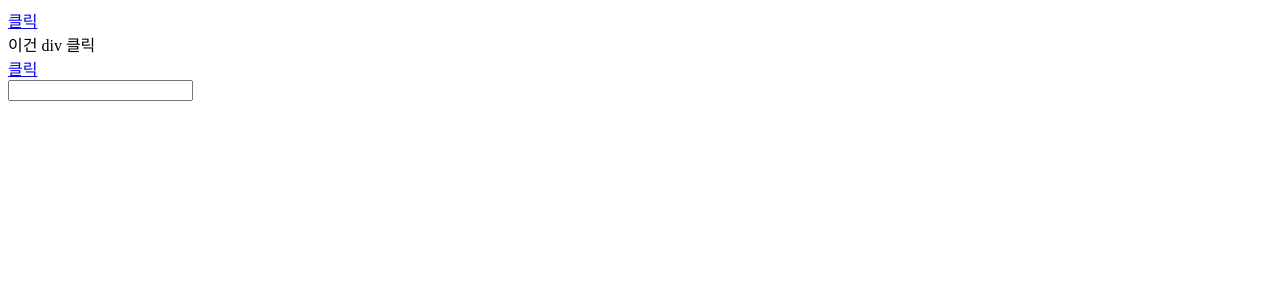
Repository: Won-Hyuk-Lee/kosta_java
Page: http://localhost/web_prj/lec_script.jsp
The author's editor kept a copy of each file at every save. The page is drawn from the files as they stood at one save, then again after the next save.
The browser window is 1280 px wide. The pictures show the whole page.
The page is served by Tomcat 9. Nobody is signed in. The application's start-up code is not run. Other server files are loaded and not shown.

Above is the page before, as saved 2024-05-24 03:46:09.

### web_prj/src/main/webapp/lec_script.jsp
<%@ page language="java" contentType="text/html; charset=UTF-8"
    pageEncoding="UTF-8"%>

<!DOCTYPE html>
<html>

<head>
<meta charset="UTF-8">
<title>Insert title here</title>
<script>

function myprint(a,b){
	alert(a+b);
	console.log(a+b);
}

</script>

</head>
<body>

<!--  호출  -->


<a href="#" onClick="myprint(5,3)">클릭</a><br>
<div onClick="myprint(5,3)"> 이건 div 클릭 </div>
<a href="#" onClick="myjsPrint()">클릭</a><br>

<form name="loginFrom">
	<input type="hidden" name="seq">
	<input type="text"   name="uname">

</form>


<script src="https://code.jquery.com/jquery-3.7.1.js"></script>
<script src="js/scripts.js"></script>
</body>
</html>

### web_prj/src/main/webapp/js/scripts.js
/*!
    * Start Bootstrap - SB Admin v7.0.7 (https://startbootstrap.com/template/sb-admin)
    * Copyright 2013-2023 Start Bootstrap
    * Licensed under MIT (https://github.com/StartBootstrap/startbootstrap-sb-admin/blob/master/LICENSE)
    */
    //
// Scripts
//

window.addEventListener('DOMContentLoaded', event => {

    // Toggle the side navigation
    const sidebarToggle = document.body.querySelector('#sidebarToggle');
    if (sidebarToggle) {
        // Uncomment Below to persist sidebar toggle between refreshes
        // if (localStorage.getItem('sb|sidebar-toggle') === 'true') {
        //     document.body.classList.toggle('sb-sidenav-toggled');
        // }
        sidebarToggle.addEventListener('click', event => {
            event.preventDefault();
            document.body.classList.toggle('sb-sidenav-toggled');
            localStorage.setItem('sb|sidebar-toggle', document.body.classList.contains('sb-sidenav-toggled'));
        });
    }

});

### web_prj/src/main/webapp/js/my.js
/**
 *
 */

 function myjsPrint(){
	 console.log("myjsPrint");
 }

After the next save:
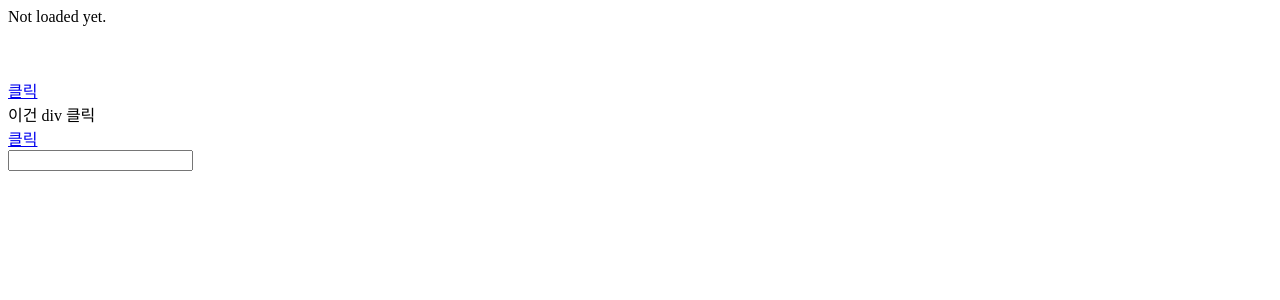
Saved 7 min 46 s later.
--- a/web_prj/src/main/webapp/lec_script.jsp
+++ b/web_prj/src/main/webapp/lec_script.jsp
@@ -1,5 +1,8 @@
 <%@ page language="java" contentType="text/html; charset=UTF-8"
     pageEncoding="UTF-8"%>
+
+<script src="https://code.jquery.com/jquery-3.7.1.js"></script>
+<script src="js/scripts.js"></script>
 
 <!DOCTYPE html>
 <html>
@@ -16,8 +19,21 @@ function myprint(a,b){
 
 </script>
 
+<script src = "js/my.js"></script>
+<script>
+
+//$ (document).ready ( function(){});
+//$(function(){});
+
+$(function(){
+	$("p").text = "text 변경변경";
+})
+
+</script>
+
 </head>
 <body>
+<p>Not loaded yet.</p><br><br>
 
 <!--  호출  -->
 
@@ -33,7 +49,6 @@ function myprint(a,b){
 </form>
 
 
-<script src="https://code.jquery.com/jquery-3.7.1.js"></script>
-<script src="js/scripts.js"></script>
+
 </body>
 </html>
